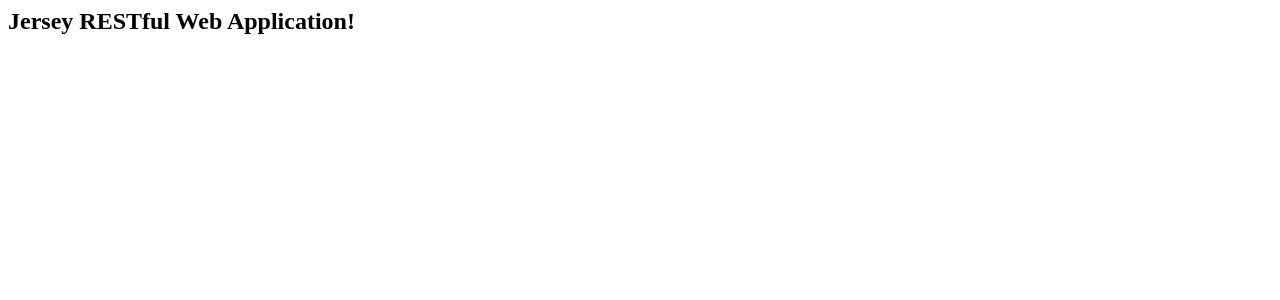
Repository: Vidhya2796/ATPTrainingFoldersJEECloud
Page: http://localhost/assignment5/
An editor plug-in stored every save of this project. The page is shown before and after the next save, followed by the edit.
The browser window is 1280 px wide. The pictures show the whole page.
The page is served by Tomcat 9. Other server files are loaded and not shown.

Above is the page before, as saved 2018-12-20 12:42:58.

### SpringREST/assignment5/src/main/webapp/index.jsp
<html>
<body>
    <h2>Jersey RESTful Web Application!</h2>
    <!-- <p><a href="webapi/myresource">Jersey resource</a>
    <p>Visit <a href="http://jersey.java.net">Project Jersey website</a>
    for more information on Jersey! -->


</body>
</html>

After the next save:
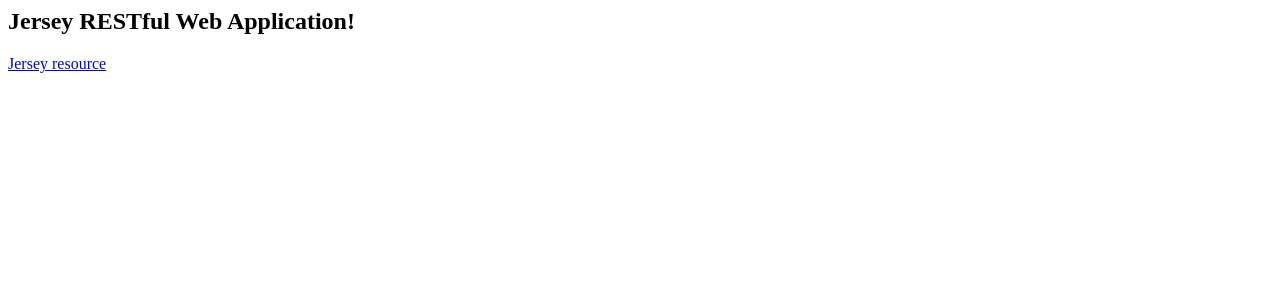
Saved 35 s later.
--- a/SpringREST/assignment5/src/main/webapp/index.jsp
+++ b/SpringREST/assignment5/src/main/webapp/index.jsp
@@ -5,6 +5,8 @@
     <p>Visit <a href="http://jersey.java.net">Project Jersey website</a>
     for more information on Jersey! -->
 
+    <p><a href="webapi/add">Jersey resource</a>
+
 
 </body>
 </html>
